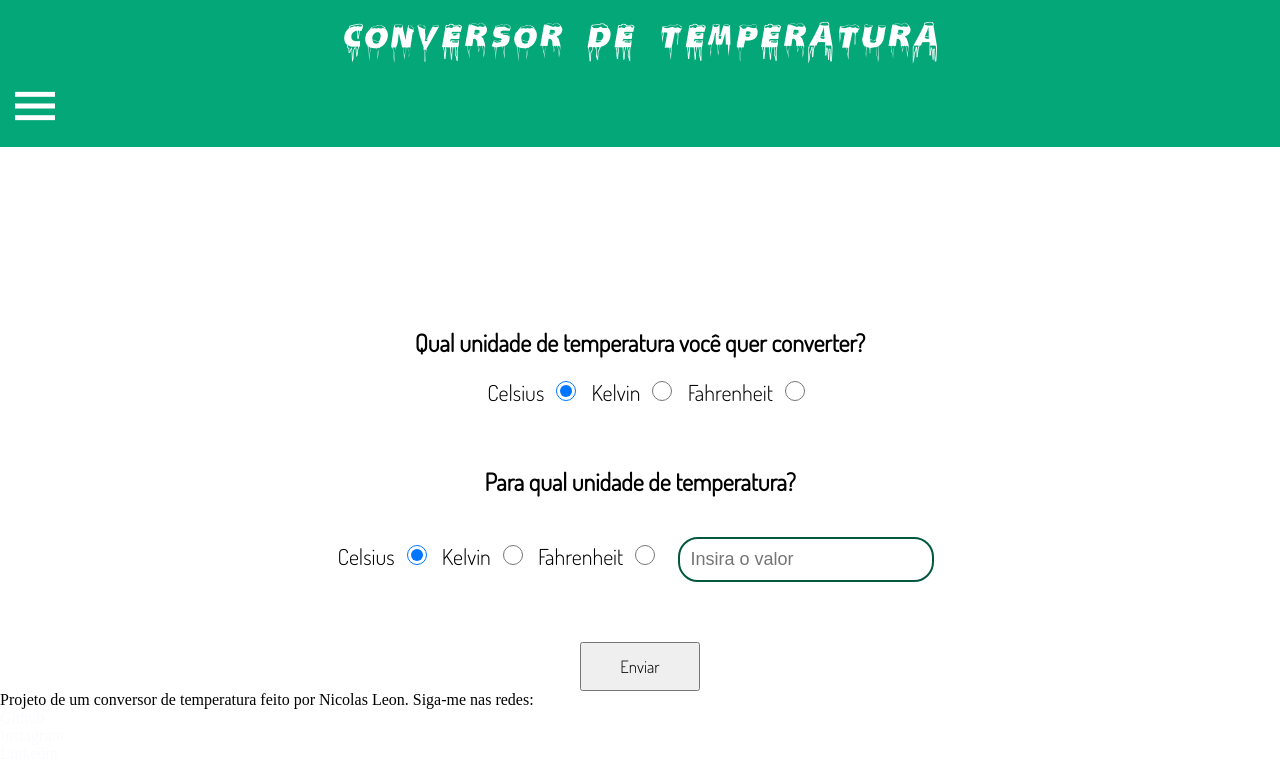
Repository: Leonngc/Conversor-de-temperatura
Page: index.html
An editor plug-in stored every save of this project. The page is shown before and after the next save, followed by the edit.
The browser window is 1280 px wide. The pictures show the whole page.
Some web libraries are served in a nearby version.

Above is the page before, as saved 2023-02-10 23:34:15.

### index.html
<!DOCTYPE html>
<html lang="pt-br">
<head>
    <meta charset="UTF-8">
    <meta http-equiv="X-UA-Compatible" content="IE=edge">
    <meta name="viewport" content="width=device-width, initial-scale=1.0">
    <link rel='stylesheet' href='https://cdn-uicons.flaticon.com/uicons-bold-straight/css/uicons-bold-straight.css'>
    <link rel="stylesheet" href="style.css">
    <title>Conversor de temperatura</title>
</head>
<body>
    <header>
        <h1>Conversor de Temperatura</h1>
        <button id="menu-button"><i class="fi fi-bs-menu-burger"></i></button>

        <menu>
            <ul id="links-menu">
                <li><a href="">Sobre a página</a></li>
                <li><a href="">História</a></li>
                <li><a href="">Outros Projetos</a></li>
            </ul>
        </menu>
    </header>

    <main>
       <form>
        <h2>Qual unidade de temperatura você quer converter?</h2>
        <label for="celsius">Celsius</label><input type="radio" name="unidade" id="celsius" class="unidades" checked>
        <label for="kelvin">Kelvin</label><input type="radio" name="unidade" class="unidades" id="kelvin">
        <label for="fahrenheit">Fahrenheit</label><input type="radio" name="unidade" class="unidades" id="fahrenheit">
        <br>
       </form>
       <form>
        <h2>Para qual unidade de temperatura?</h2>
        <label for="cel-res">Celsius</label><input type="radio" name="res-unidade" id="cel-res" class="res-unidades"  checked>
        <label for="kel-res">Kelvin</label><input type="radio" name="res-unidade" id="kel-res" class="res-unidades">
        <label for="fah-res">Fahrenheit</label><input type="radio" name="res-unidade" id="fah-res" class="res-unidades">
        <input type="number" name="graus" id="graus" placeholder="Insira o valor">
       </form>
       <button id="submit">Enviar</button>
    </main>

    <footer>
        <p>Projeto de um conversor de temperatura feito por Nicolas Leon. Siga-me nas redes: </p>
        <ul>
            <li><a href="">Github</a></li>
            <li><a href="">Instagram</a></li>
            <li><a href="">Linkedin</a></li>
        </ul>
    </footer>
</body>
</html>

### style.css
@charset "UTF-8";
@import url('https://fonts.googleapis.com/css2?family= Dosis:wght@300 & display = swap');
@font-face {
    font-family: Title;
    src: url(fonts/IceCaps.ttf);
}

:root{
    --yellow: #F7FF58;
    --snow: #FBFBFF;
    --blackout: #040F16;
    --dosis: 'Dosis', sans-serif;
}

*{
    margin: 0;
    padding: 0;
    box-sizing: border-box;
}

header{
    background-color: #04A777;
    margin-bottom: 160px;
    max-width: 100vw;
    color: white;
}

header > h1{
    font-family: Title, sans-serif;
    font-weight: lighter;
    text-align: center;
    font-size: 45px;
    padding: 22px;
}

menu{
    background-color: #05C78D;
    padding: 20px;
    max-width: 100vw;
    display: none;
}

menu > ul{
    margin-left: 20px;
    font-size: 20px;
    font-family: var(--dosis);
    font-weight: bold;
    color: white;
}

menu > ul > li{
    padding: 5px;
}

li > a{
    text-decoration: none;
    color: #FBFBFF;
}

li > a:hover{
    color: #03583e;
    text-decoration: underline;
}

#menu-button{
    background-color: #03583e00;
    border: none;
    color: white;
    font-size: 40px;
    margin-left: 15px;
    margin-bottom: 12px;
}

main{
    text-align: center;
}

form{
    margin: 40px;
    font-family: var(--dosis);

}

form > h2{
    padding: 20px;
}

.unidades, .res-unidades{
    height: 20px;
    width: 20px;
}

label{
    font-size: 22px;
    padding: 12px;
}

#graus{
    margin: 20px;
    padding: 10px;
    border-radius: 20px;
    border: 2px solid #03583e;
    color: #03583e;
    font-size: 18px;
}

#submit{
    font-family: var(--dosis);
    font-size: 17px;
    padding: 12px;
    width: 120px;
}

After the next save:
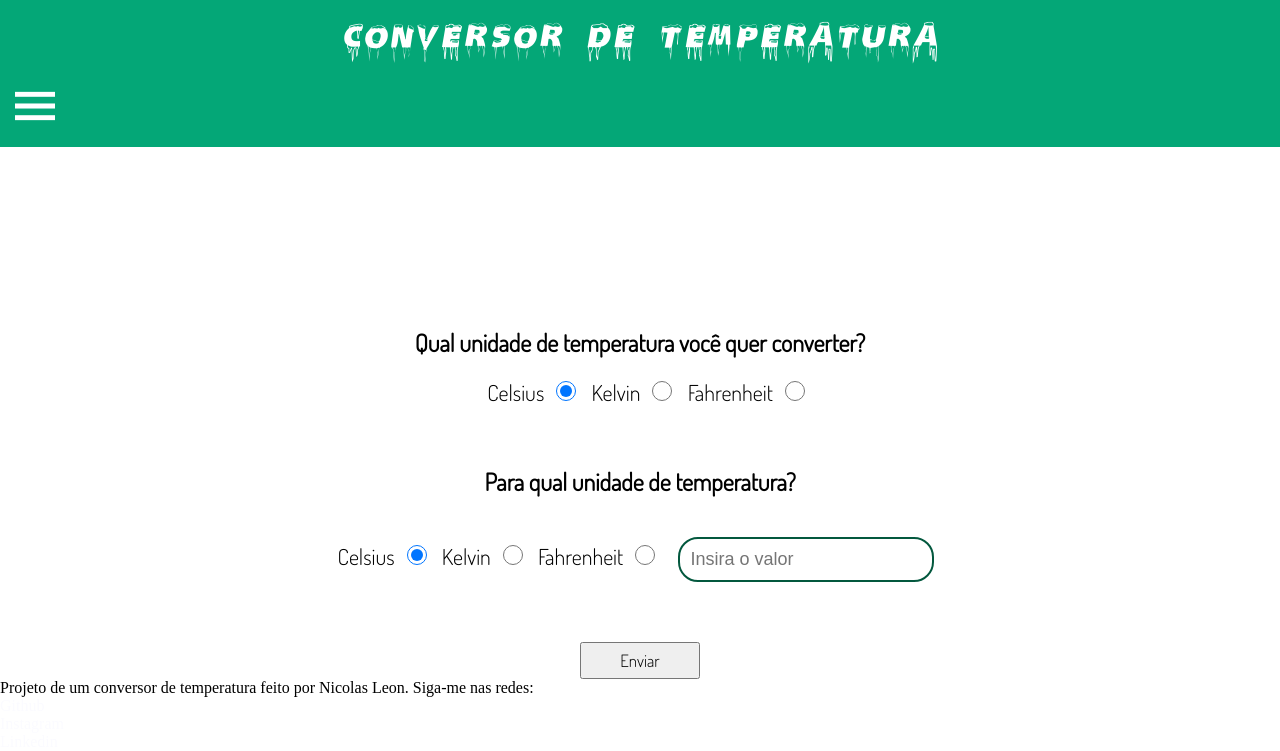
Saved 6 s later.
--- a/style.css
+++ b/style.css
@@ -107,6 +107,6 @@ label{
 #submit{
     font-family: var(--dosis);
     font-size: 17px;
-    padding: 12px;
+    padding: 6px;
     width: 120px;
 }
